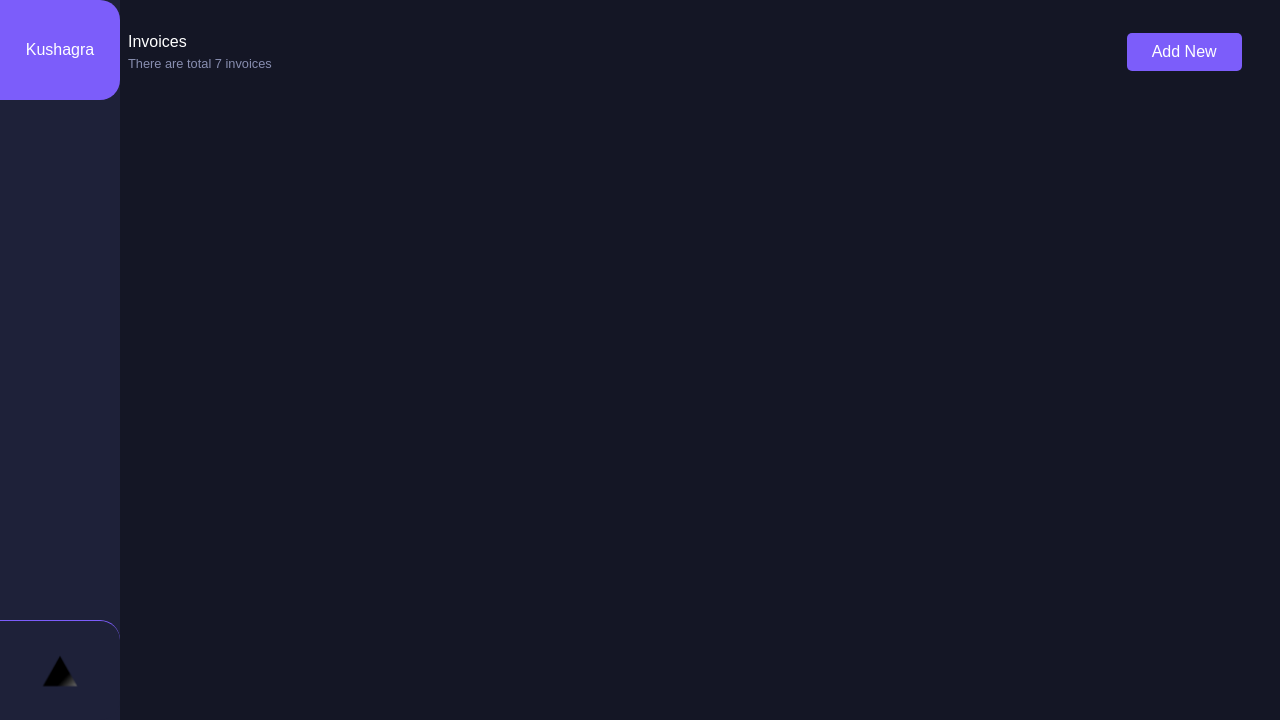
Repository: kushagrasaxena061/Invoice
Page: /
An editor plug-in stored every save of this project. The page is shown before and after a run of saves, followed by the edit.
The browser window is 1280 px wide. The pictures show the whole page.
The project was rebuilt for these pictures with package versions that can differ from the ones it lists, and the page was loaded fresh each time. The framework's server and built-in components were replaced by stand-ins that run in the browser. Also part of the build but not shown: next.config.js.

Above is the page before, as saved 2022-10-29 14:45:10.

After the next 4 saves:
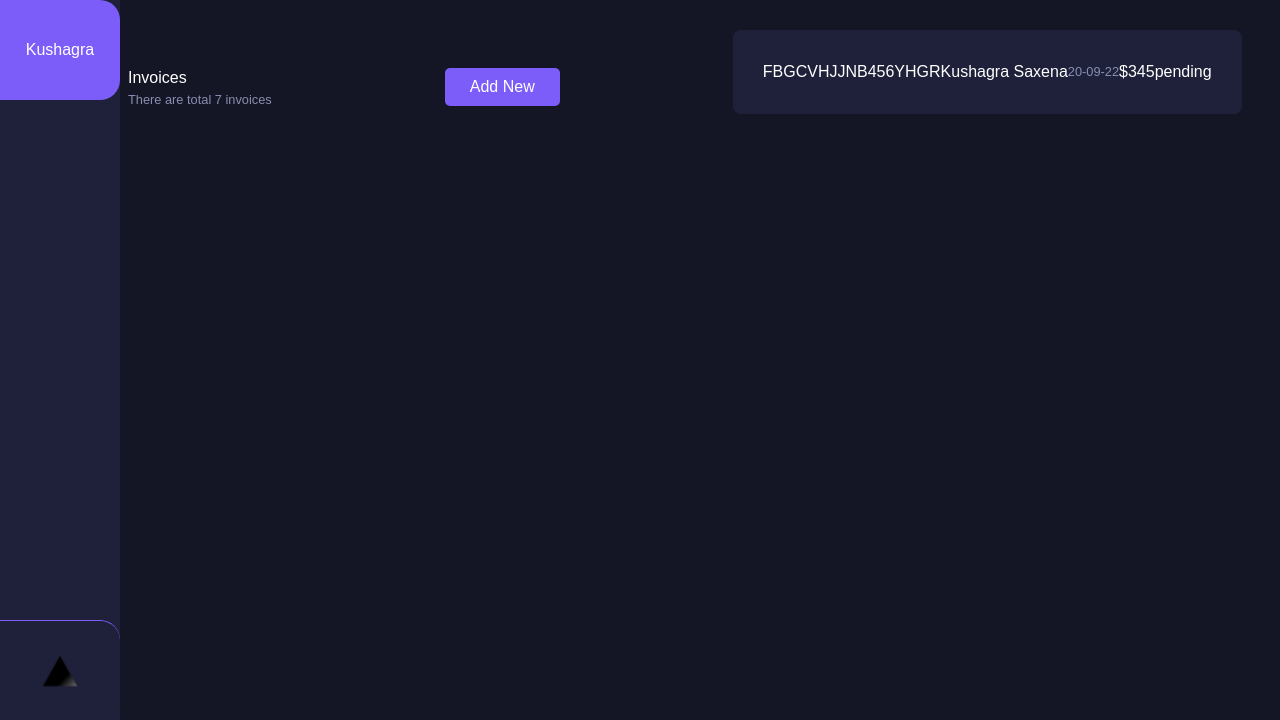
The 4 saves are shown as one change because 3 did not build or start.
The last was saved 42 min 58 s later.
--- a/pages/index.js
+++ b/pages/index.js
@@ -20,6 +20,35 @@ const Home = (props) => {
         <button className="btn" onClick={navigatePage}>
           Add New
         </button>
+        <Link href={`/invoices/id`} >
+          <div className="invoice__item">
+            <div>
+              <h5 className="invoice__id">
+                FBGCVHJJNB456YHGR
+              </h5>
+            </div>
+
+            <div>
+              <h6 className="invoice__client">Kushagra Saxena</h6>
+            </div>
+
+            <div>
+              <p className="invoice__created">20-09-22</p>
+            </div>
+
+            <div>
+              <h3 className="invoice__total">$345</h3>
+            </div>
+
+            <div>
+              <button
+
+              >
+                pending
+              </button>
+            </div>
+          </div>
+        </Link>
       </div>
     </div>
   );
